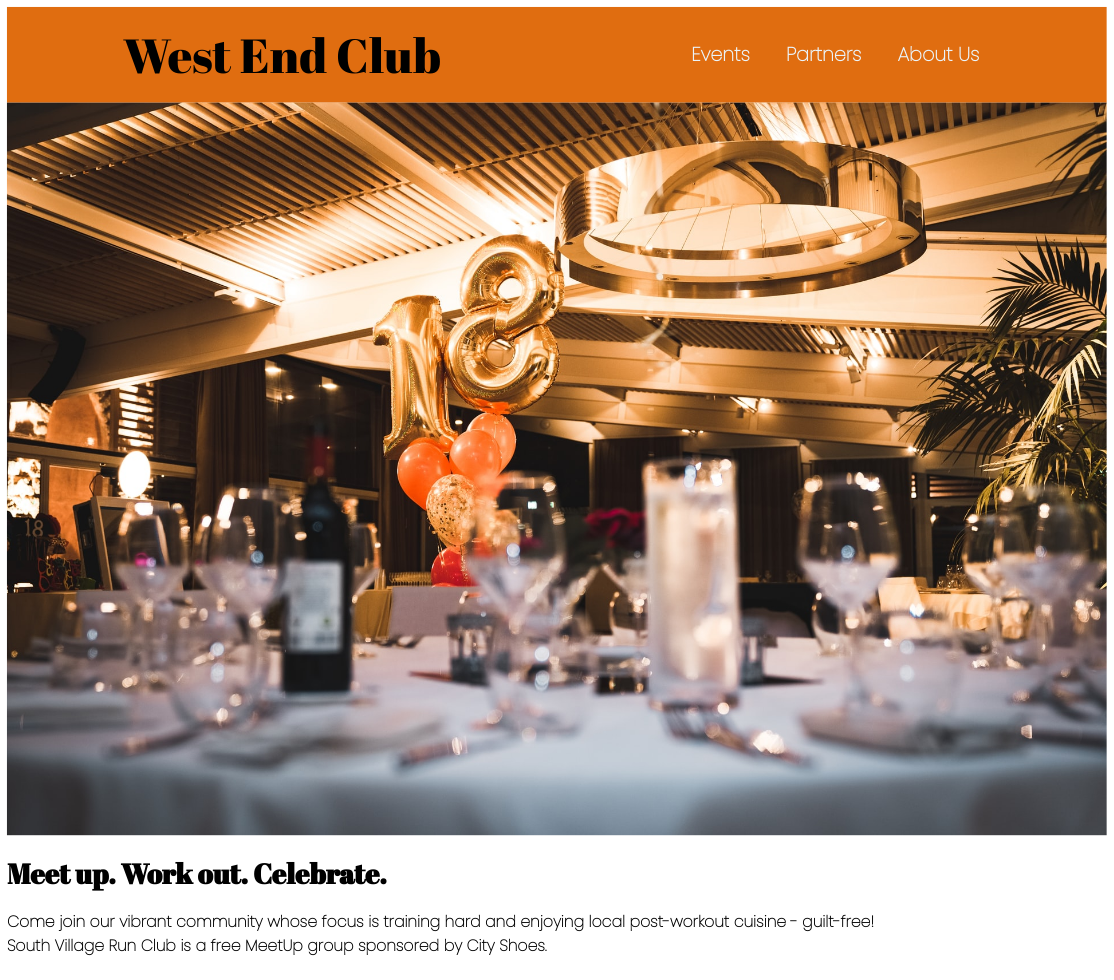
Repository: lastbronx41/lastbronx41.github.io
Page: starting/index.html
The author's editor kept a copy of each file at every save. The page is drawn from the files as they stood at one save, then again after a run of saves.
The browser window is 1280 px wide. The pictures show the whole page, at 87% of full size.
Some web fonts or font styles are not loaded; a fallback is used.

Above is the page before, as saved 2022-07-19 04:43:04.

After the next 2 saves:
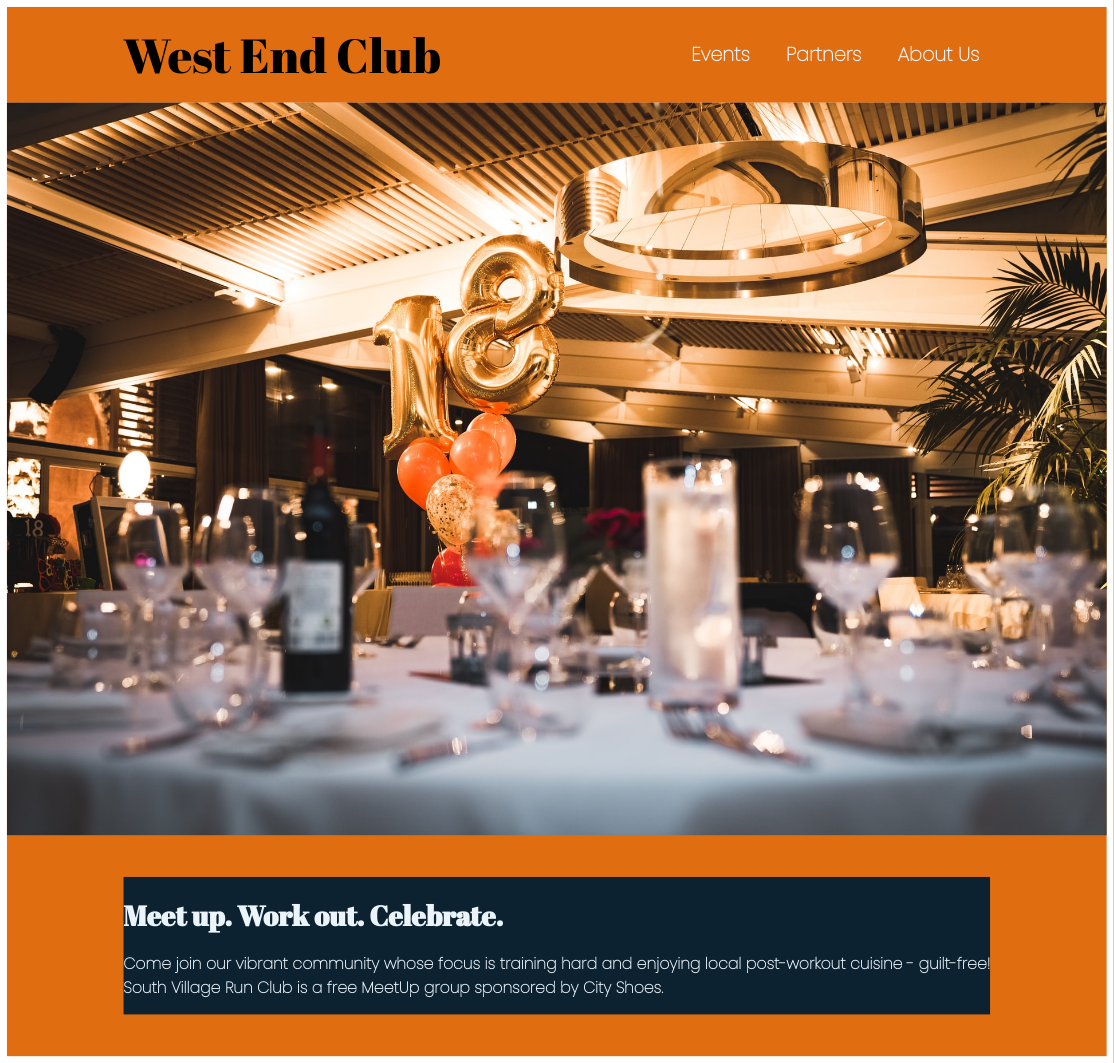
The 2 saves are shown as one change because they came seconds apart.
The last was saved 12 s later.
--- a/starting/styles.css
+++ b/starting/styles.css
@@ -37,13 +37,17 @@
 #cover-photo {
    display: flex;
    flex-direction: column;
+   background-color: #E06D10;
 }
 
 #cover-photo img {
    max-width: 100%;
 }
 .main-text {
-   background-color: ;#0C2231
+   background-color: #0C2231;
+   color: #EBF4FA;
+   margin: 3rem auto;
+
 }
 
 .main-text h1 {
